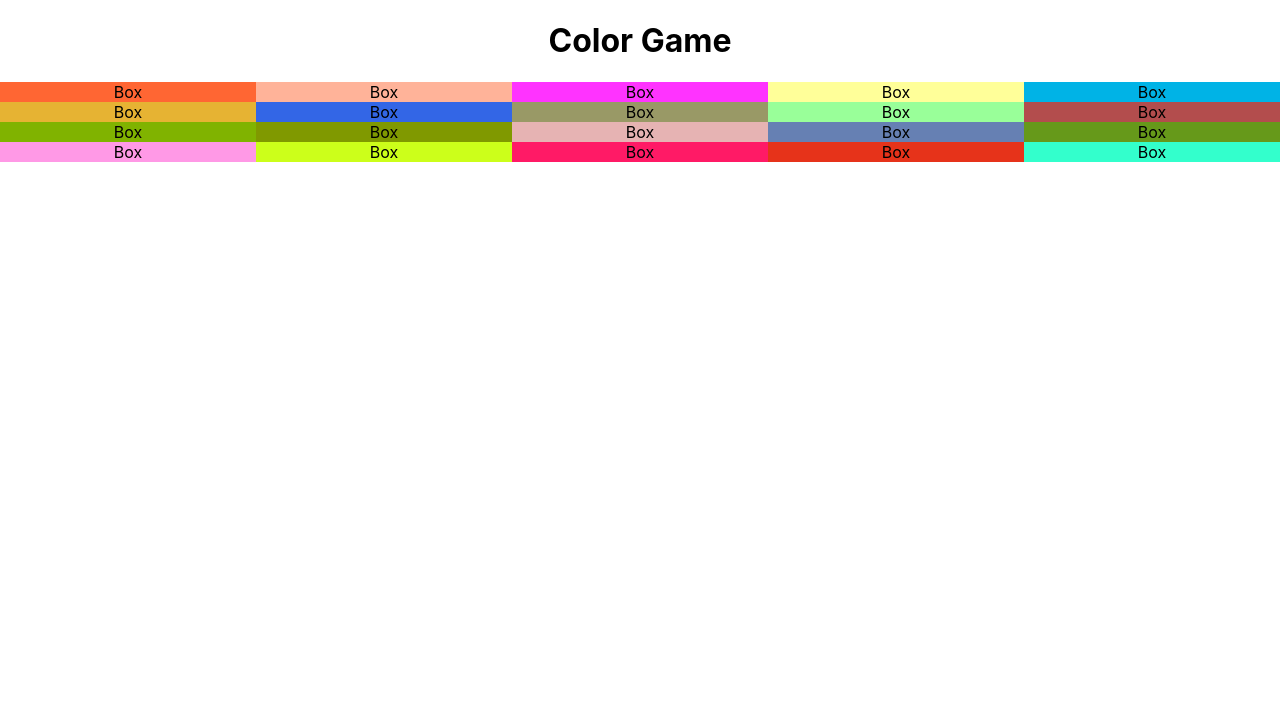
Repository: johnmutina/shades_of_blue
Page: /
These files come from the project's save history. The page is drawn as it stood at one moment and after a run of saves; the edit follows.
The browser window is 1280 px wide. The pictures show the whole page.
The project was rebuilt for these pictures with package versions that can differ from the ones it lists, and the page was loaded fresh each time.

Above is the page before, as saved 2019-06-22 14:26:48.

### src/App.js
import React from 'react';
import ColorBoxes from './ColorBoxes';
import './App.css';

function App() {
  return (
    <div className="App">
      <ColorBoxes />
    </div>
  );
}

export default App;

### src/ColorBoxes.js
import React, { Component } from 'react';
import ColorBox from './ColorBox';

class ColorBoxes extends Component {
    constructor(props){
        super(props);
        this.state = {

        }
    }
    render(){
        let colorArr = ['#FF6633', '#FFB399', '#FF33FF', '#FFFF99', '#00B3E6', '#E6B333', '#3366E6', '#999966', '#99FF99', '#B34D4D', '#80B300', '#809900', '#E6B3B3', '#6680B3', '#66991A', '#FF99E6', '#CCFF1A', '#FF1A66', '#E6331A', '#33FFCC'
        // , '#66994D', '#B366CC', '#4D8000', '#B33300', '#CC80CC', '#66664D', '#991AFF', '#E666FF', '#4DB3FF', '#1AB399', '#E666B3', '#33991A', '#CC9999', '#B3B31A', '#00E680', '#4D8066', '#809980', '#E6FF80', '#1AFF33', '#999933', '#FF3380', '#CCCC00', '#66E64D', '#4D80CC', '#9900B3', '#E64D66', '#4DB380', '#FF4D4D', '#99E6E6', '#6666FF'
    ];
        let idx = Math.floor(Math.random() * colorArr.length);
        return (
            <div>
                <h1>Color Game</h1>
                {colorArr.map(el => <ColorBox color={el} />)}
            </div>
        )
    }
}

export default ColorBoxes;

### src/ColorBox.js
import React, { Component } from 'react';
import './ColorBox.css';

class ColorBox extends Component {
    render(){
        return (
            <div className="ColorBox" style={{backgroundColor: this.props.color}}>Box</div>
        )
    }
}

export default ColorBox;

### src/ColorBox.css
.ColorBox {
    display: inline-block;
    width: 20%;
}

Loaded but not shown: public/index.html (common file); src/index.js (common file); src/index.css (common file); src/serviceWorker.js (common file); src/App.css (common file)

After the next 3 saves:
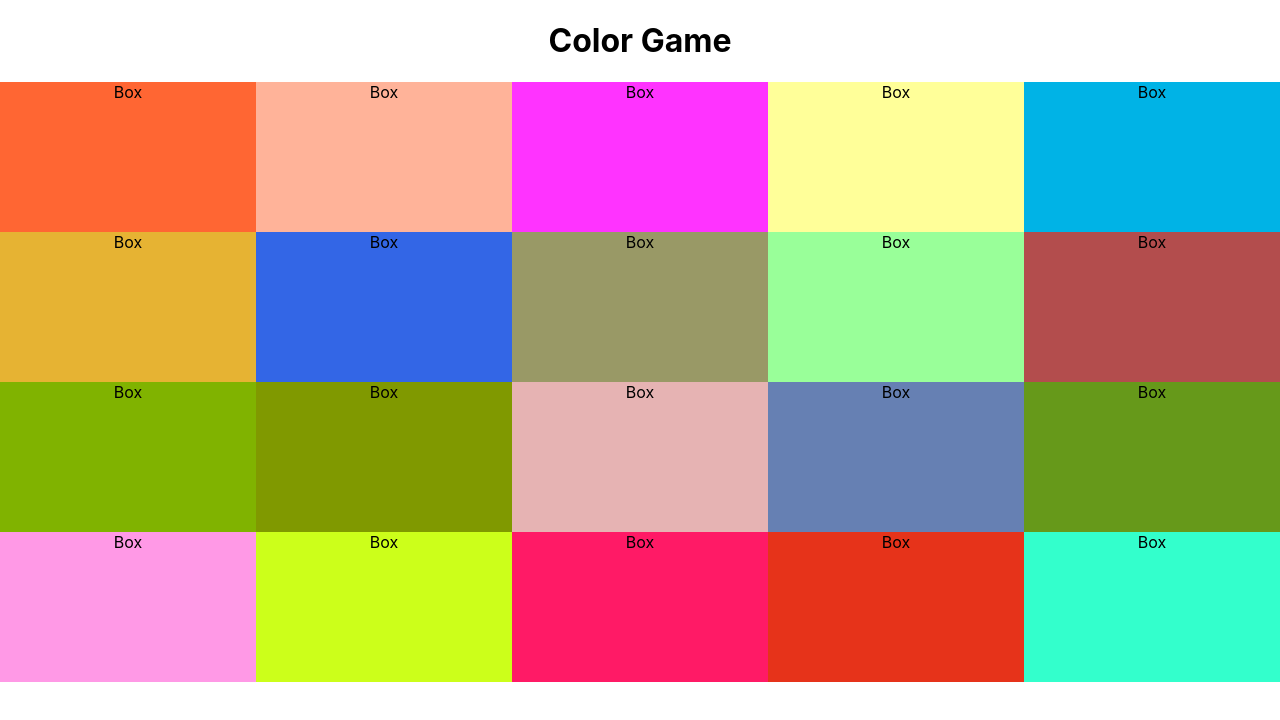
The 3 saves are shown as one change because they came seconds apart.
The last was saved 19 s later.
--- a/src/ColorBox.css
+++ b/src/ColorBox.css
@@ -1,4 +1,5 @@
 .ColorBox {
     display: inline-block;
     width: 20%;
+    height: 150px;
 }
